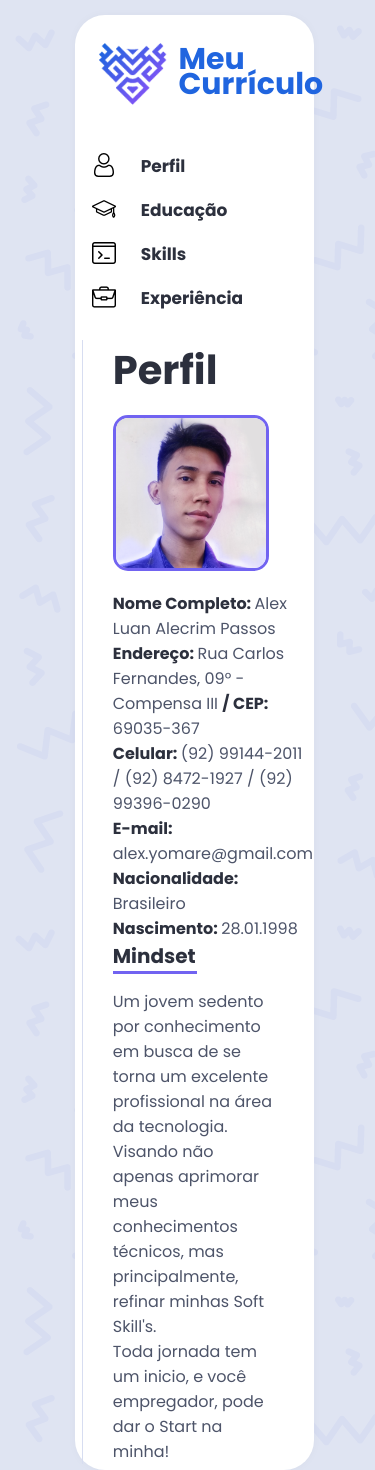
Repository: 4lex-passos/MeuPrimeiroSite
Page: index.html
An editor plug-in stored every save of this project. The page is shown before and after the next save, followed by the edit.
The browser window is 375 px wide. The pictures show the whole page.

Above is the page before, as saved 2020-10-02 16:30:54.

### index.html
<!DOCTYPE html>

<html>
  <head lang="pt-br">
    <meta charset="UTF-8">
    <meta name="viewport" content="width=device-width, initial-scale=1.0">
    <link rel="stylesheet" href="css/style.css">
    <link rel="shortcut icon" type="image/png" href="imagens/Owl.png">
    <title>Meu Currículo</title>
  </head>

  <body>
    <div class="conteiner">
      <div class="box">

        <aside class="naveg">
          <header class="logo">
            <img src="imagens/Owl.png"
                 alt="Foto de perfil">
            <h1>Meu<br>Currículo</h1>
          </header>
          <main>
            <nav>
              <ul>
                <li>
                  <img src="imagens/perfil-icon.png">
                  <a href="index.html" class="icon">Perfil</a>
                </li>
                <li>
                  <img src="imagens/education-icon.png">
                  <a href="educacao.html" class="icon">Educação</a>
                </li>
                <li>
                  <img src="imagens/skills-icon.png">
                  <a href="skills.html" class="icon">Skills</a>
                </li>
                <li>
                  <img src="imagens/experiencia-icon.png">
                  <a href="experiencia.html" class="icon">Experiência</a>
                </li>
              </ul>
            </nav>
          </main>
        </aside>

        <aside class="feed">
          <main>
            <h1>Perfil</h1>
            <div class="painel">
              <img  src="imagens/perfil.png"
                    id="myImg"
                    onclick="myFunction()"
                    onmouseout="myFunction2()">
              <div class="info-box">
                <h2>Nome Completo: <span class="info">Alex Luan Alecrim Passos</span></h2>
                <h2>Endereço: <span class="info">Rua Carlos Fernandes, 09° - Compensa III </span>/ CEP: <span class="info">69035-367</span></h2>
                <h2>Celular: <span class="info">(92) 99144-2011 / (92) 8472-1927 / (92) 99396-0290</span></h2>
                <h2>E-mail:<span class="info"> alex.yomare@gmail.com</span></h2>
                <h2>Nacionalidade: <span class="info">Brasileiro</span></h2>
                <h2>Nascimento: <span class="info">28.01.1998</span></h2>
              </div>
            </div>
            <h3>Mindset</h3>
            <p>Um jovem sedento por conhecimento em busca de
              se torna um excelente profissional na área da tecnologia.
              Visando não apenas aprimorar meus conhecimentos técnicos, mas principalmente, refinar minhas Soft Skill's.<br>
              Toda jornada tem um inicio, e você empregador, pode dar o Start na minha! </p>
          </main>
        </aside>

      </div>
    </div>
    <script>
      function myFunction() {
        document.getElementById("myImg").style.height = "100%";
        document.getElementById("myImg").style.width = "100%";
      }
      function myFunction2() {
        document.getElementById("myImg").style.height = "150px";
        document.getElementById("myImg").style.width = "150px";
      }
      </script>
  </body>
</html>

### css/style.css
@import url('https://fonts.googleapis.com/css2?family=Poppins:wght@400;700;900&display=swap');

/*============================
| GERAL*/
html{
  font-size: 62.5%;
  color: #232325;
  font-family: 'Poppins', sans-serif;
}
body{

  background: url("../imagens/pattern2.png");
  box-sizing: border-box;
  font-size: 1.6rem;
  margin: 0;
  padding:0;
  width: 100%;
  height: 100%;
}

/*============================
| ESTILO DA PAGINA TOTAL*/
.conteiner{
  width: 100vw;
  height: 100vh;

  display: grid;
  grid-template-columns: 1fr 1fr 1fr;
  grid-template-rows: 1fr 1fr 1fr;
  grid-template-areas:". . ."
                      ". b ."
                      ". . .";
}
.box{
  display:flex;
  flex-flow: row wrap;
  grid-area: b;

  width: 60vw;
  background: #ffffff;
  border-radius: 30px;
  box-shadow: 0px 0px 10px rgba(0,0,0,.030);
  padding: 3%;
  margin-top: 15px;
}

/*============================
| CONTEINER DO MENU DE NAVEGAÇÃO*/
.naveg{
  display:flex;
  flex-flow: column;
  flex-grow: 1;
  flex-basis: 10vw;
  border-radius: 15px;
  padding: 10px 30px 10px 10px;
}
.naveg header.logo{
  display:flex;
  border-radius: 15px;
  align-items: top;
  padding: 0px;
}
.naveg header.logo img{
  margin-right: 3%;
  width: 80px;
  height: 80px;
}
.naveg header.logo h1{
  line-height: 25px;
  font-size: 3.0rem;
  color: #2c303d;
  margin-top: 1.5rem;
}
main nav ul{
  display: flex;
  flex-flow: column;
  padding:0px;
}
main nav ul li{
  display: flex;
  margin-top: 10px;
  padding: 5px 0px 5px 0px;
  list-style: none;
}
main nav ul li a{
  font-size: 1.7rem;
  text-decoration: none;
  font-weight: bolder;
  width: 100%;
  color: #2c303d;
  margin-left: 2.5rem;
}

main nav ul li a:hover{
  background: -webkit-linear-gradient(top left, #2065DF, #A28AF8);
  background: -moz-linear-gradient(top left, #2065DF, #A28AF8);
  background: linear-gradient(to bottom right, #2065DF, #A28AF8);
  -webkit-background-clip: text;
  -webkit-text-fill-color: transparent;
  font-size: 1.9rem;
  transition-duration: .1s;
}
main nav ul li .icon{
  height: 24px;
}

/*============================
| CONTEINER DO CONTEÚDO*/
.feed{
  margin: 0px;
  display: flex;
  width: 40%;
  padding: 0 30px 0 30px;
  flex-grow: 7;
  border-left: 1px solid #d7ddf1;
}
main{
  width: 100%;
}
.feed main h1{
  margin: 0 0 15px 0;
  font-size: 4.0rem;
  color: #2c303d;
}
p{
  color: #4d5469;
  margin: 0;
}
h6{
  font-size: 2.0rem;
  border-left: 5px solid #7163f1;
  padding-left: 10px;
  margin-bottom: 5px;
}
/*============================
| PERFIL*/
.feed main .painel{
  display: flex;
  flex-flow: row wrap;
  border-radius: 1.5rem;
}

.feed main img{
  width: 15.0rem;
  height: 15.0rem;
  border-radius: 1.5rem;
  margin: 0 2.0rem 2.0rem 0;
}.feed main img#myImg{
  transition-duration:.5s;
  border: 3px solid #7163f1;
}
.feed main h2{
  color:#2c303d;
  font-size: 1.6rem;
  line-height: 2.5rem;
  margin: 0px;
}
.feed main h3{
  margin: 0 0 15px 0;
  width: 8.4rem;
  color:#2c303d;
  font-size: 2.0rem;
  border-bottom: 3px solid #7163f1;
}
.feed main span.info{
  color: #4d5469;
  font-weight: normal;
}

/*============================
| EDUCAÇÃO: ENSINO MÉDIO*/
.feed main .cards{
  width: 100%;
  display: flex;
  flex-flow: wrap row;
  justify-content: space-between;
}
div.en-medio .over{
  display: flex;
  justify-content: center;
  align-items: center;
  position: absolute;
  width: 100%;
  height: 100%;
  background: #ffffff;
  border-radius: 1.5rem;
  transition-duration: .3s;
}
div.en-medio .over:hover{
  opacity: 0%;
  transition-duration: .2s;
}
.feed main .en-medio{
  position: relative;
  display: flex;
  flex-flow: wrap column;
  justify-content: center;
  align-items: center;
  color:#ffffff;
  border-radius: 1.5rem;
  width: 39.0rem;
  height: 400px;
  margin-bottom: 20px;
}

div.en-medio h1{
  line-height: 5.0rem;
  color:rgba(0,0,0,.4);
  background: -webkit-linear-gradient(top left, #2065DF, #A28AF8);
  background: -moz-linear-gradient(top left, #2065DF, #A28AF8);
  background: linear-gradient(to bottom right, #2065DF, #A28AF8);
  -webkit-background-clip: text;
  -webkit-text-fill-color: transparent;
  font-size: 4.5rem;
  text-align: center;
  padding: 10px 0 10px 0;
}
div.en-medio h2{
  margin: 10px 0 10px 0;
  color: #8cbd18;
  font-size: 4.0rem;
  text-align: center;
}
div.en-medio p{
  width: 80%;
  color: #2c303d;
  font-size: 1.5rem;
  text-align: center;
  margin: 0px;
}
div.en-medio h4{
  margin: 0%;
  width: 80%;
  color: #2c303d;
  font-size: 3.5rem;
  text-align: center;
}
div.en-medio h5{
  margin: 0%;
  width: 80%;
  color: #ffffff;
  font-size: 6.5rem;
  text-align: center;
}
/*============================
| EDUCAÇÃO: ENSINO SUPERIOR*/
div.en-superior .over{
  display: flex;
  justify-content: center;
  align-items: center;
  position: absolute;
  width: 100%;
  height: 100%;
background: #ffffff;
  border-radius: 1.5rem;
  transition-duration: .3s;
}
div.en-superior .over:hover{
  opacity: 0%;
  transition-duration: .2s;
}
.feed main .en-superior{
  position: relative;
  display: flex;
  flex-flow: wrap column;
  justify-content: center;
  align-items: center;
  color:#ffffff;
  border-radius: 1.5rem;
  width: 39.0rem;
  height: 400px;
}

div.en-superior h1{
  line-height: 5.0rem;
  color:rgba(0,0,0,.4);
  background: -webkit-linear-gradient(top left, #2065DF, #A28AF8);
  background: -moz-linear-gradient(top left, #2065DF, #A28AF8);
  background: linear-gradient(to bottom right, #2065DF, #A28AF8);
  -webkit-background-clip: text;
  -webkit-text-fill-color: transparent;
  font-size: 4.5rem;
  text-align: center;
  padding: 10px 0 10px 0;
}
div.en-superior h2{
  margin: 10px 0 10px 0;
  color: #f1a71e;
  font-size: 4.0rem;
  text-align: center;
}
div.en-superior p{
  width: 80%;
  color: #2c303d;
  font-size: 1.5rem;
  text-align: center;
  margin: 0px;
}
div.en-superior h4{
  margin: 0%;
  width: 80%;
  color: #2c303d;
  font-size: 2.5rem;
  text-align: center;
}
div.en-superior h5{
  margin: 0%;
  width: 80%;
  color: #ffffff;
  font-size: 6.5rem;
  text-align: center;
}

@media (max-width: 600px) {
  .naveg header.logo h1{
    color: #2065DF;
  }
}

After the next save:
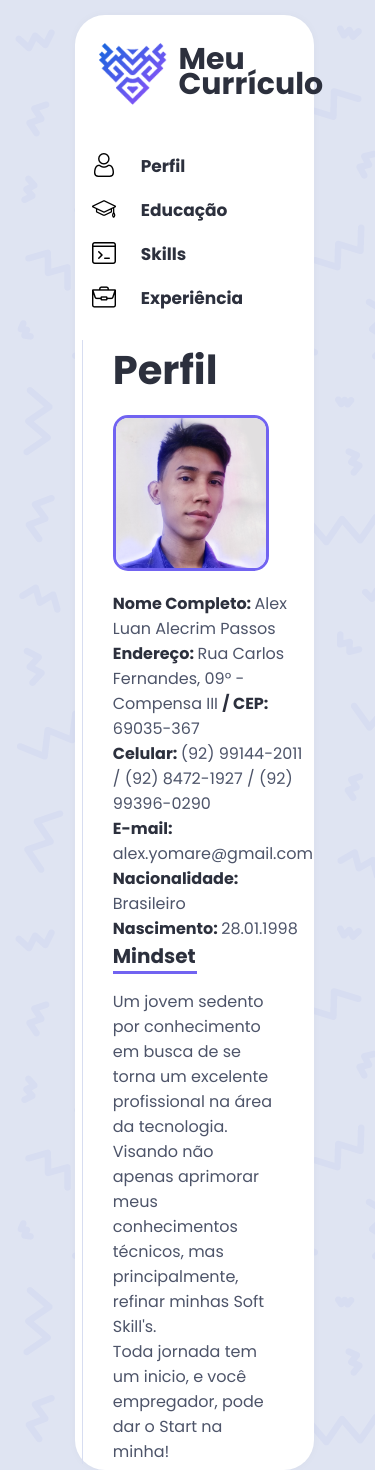
Saved 71 s later.
--- a/css/style.css
+++ b/css/style.css
@@ -312,7 +312,20 @@ div.en-superior h5{
 }
 
 @media (max-width: 600px) {
-  .naveg header.logo h1{
-    color: #2065DF;
+  .conteiner{
+    width: 100vw;
+    height: 100vh;
+
+    display: grid;
+    grid-template-columns: 1fr 2fr 1fr;
+    grid-template-areas:". . ."
+                        ". b ."
+                        ". . .";
   }
-}
+  .box{
+    display:flex;
+    flex-flow: row wrap;
+    grid-area: b;
+
+    width: 60vw;
+}
